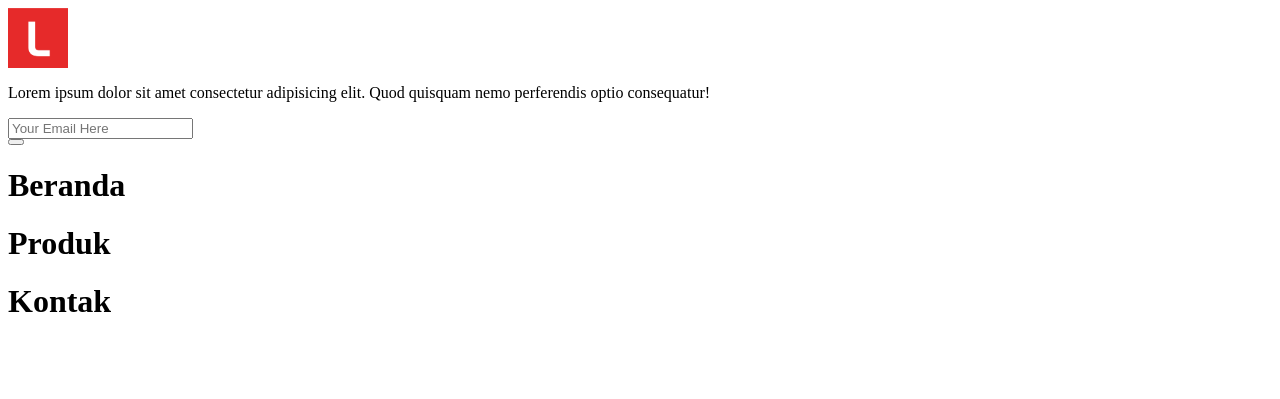
Repository: khulqu15/lelangyuk
Page: resources/views/livewire/components/footer.blade.php
An editor plug-in stored every save of this project. The page is shown before and after the next save, followed by the edit.
The browser window is 1280 px wide. The pictures show the whole page.
The page is served by the project's Laravel application, run on PHP 8.4 with Laravel 8. The template is opened directly, without the code that normally fills it, so the values that code supplies are empty.

Above is the page before, as saved 2021-02-15 16:53:27.

After the next save:
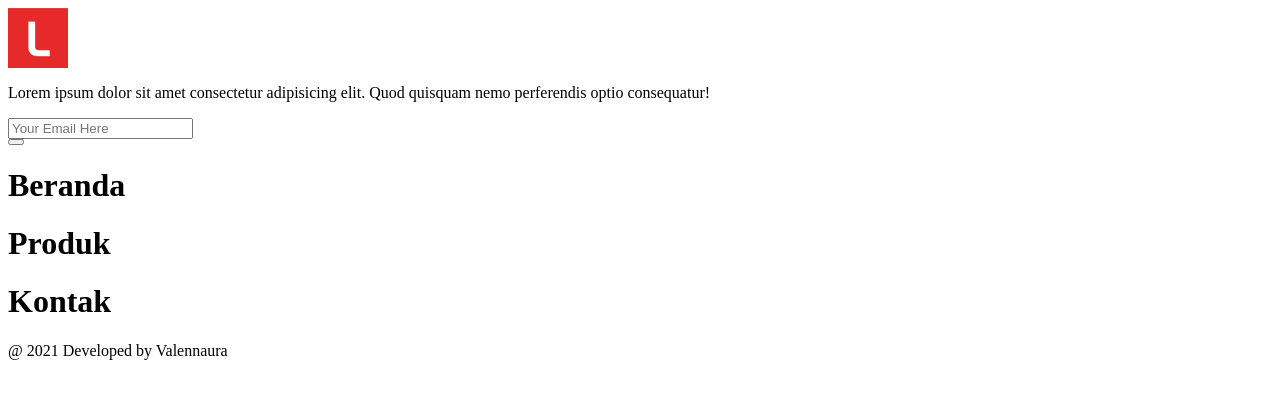
Saved 24 s later.
--- a/resources/views/livewire/components/footer.blade.php
+++ b/resources/views/livewire/components/footer.blade.php
@@ -50,12 +50,7 @@
                 </div>
             </div>
             <div class="col-md-7 py-5 text-center">
-                <div class="icons-footer">
-                    <i class="fab fa-facebook"></i>
-                    <i class="fab fa-twitter"></i>
-                    <i class="fab fa-instagram"></i>
-                    <i class="fab fa-youtube"></i>
-                </div>
+                <p>@ 2021 Developed by Valennaura</p>
             </div>
         </div>
     </div>
